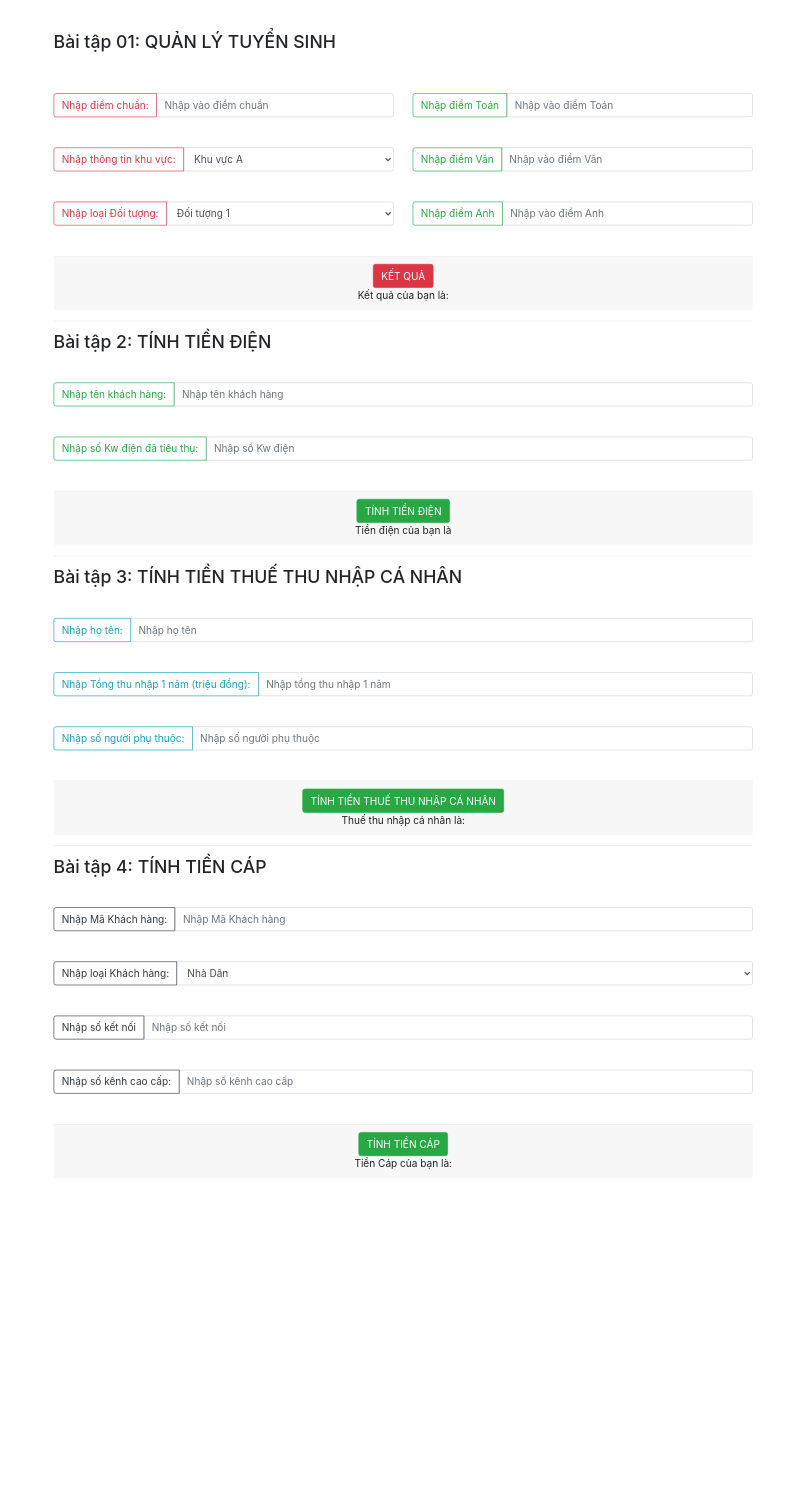
Repository: ducdatit2002/javascript-tinh-day15
Page: index.html
The author's editor kept a copy of each file at every save. The page is drawn from the files as they stood at one save, then again after the next save.
The browser window is 1280 px wide. The pictures show the whole page, at 63% of full size.

Above is the page before, as saved 2023-08-20 21:43:25.

After the next save:
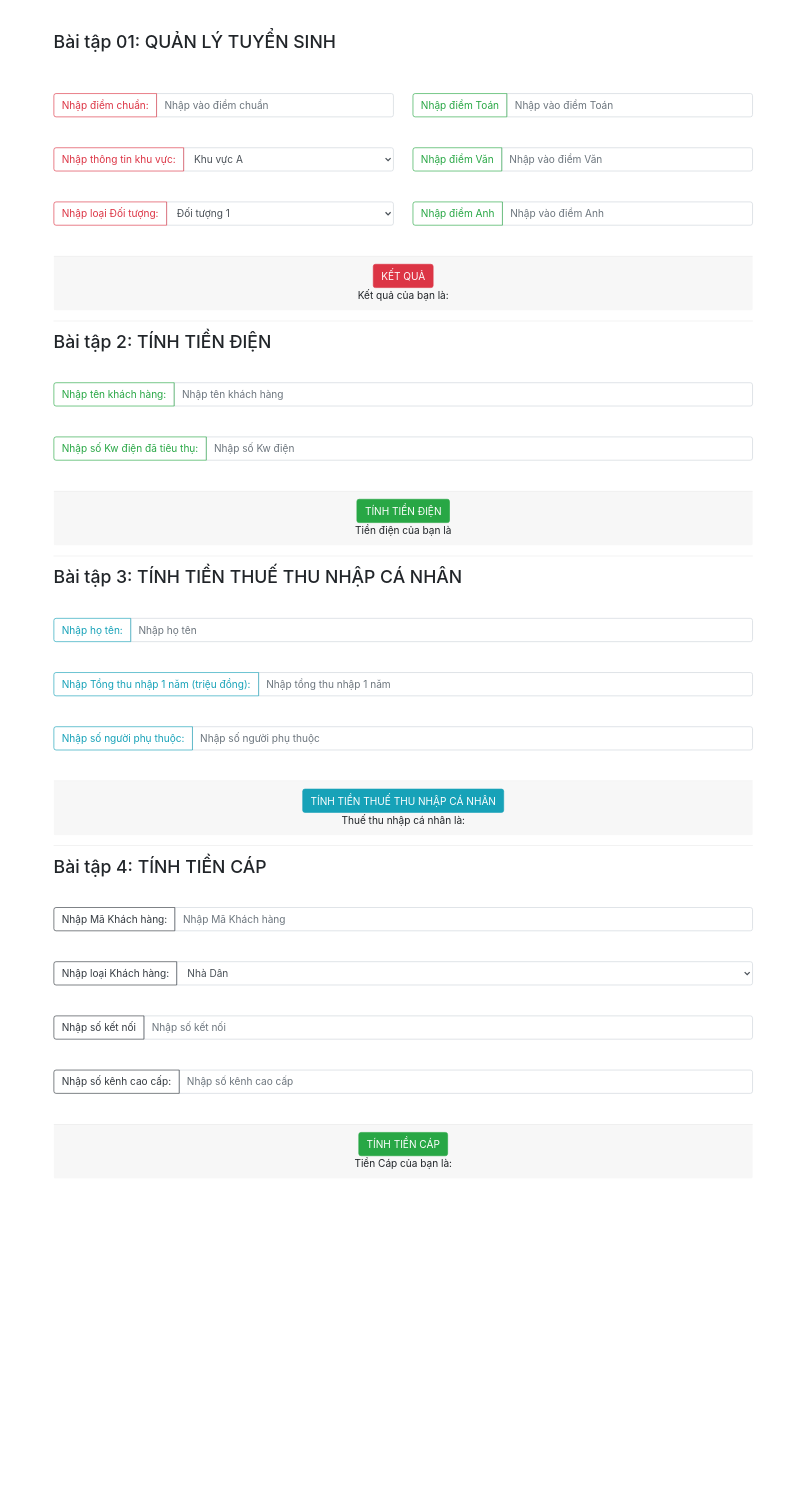
Saved 57 s later.
--- a/index.html
+++ b/index.html
@@ -181,7 +181,7 @@
           />
         </div>
         <div class="card-footer text-center mt-5">
-          <button id="btnTinhTienThue" class="btn btn-success">
+          <button id="btnTinhTienThue" class="btn btn-info">
             TÍNH TIỀN THUẾ THU NHẬP CÁ NHÂN
           </button>
           <br />
